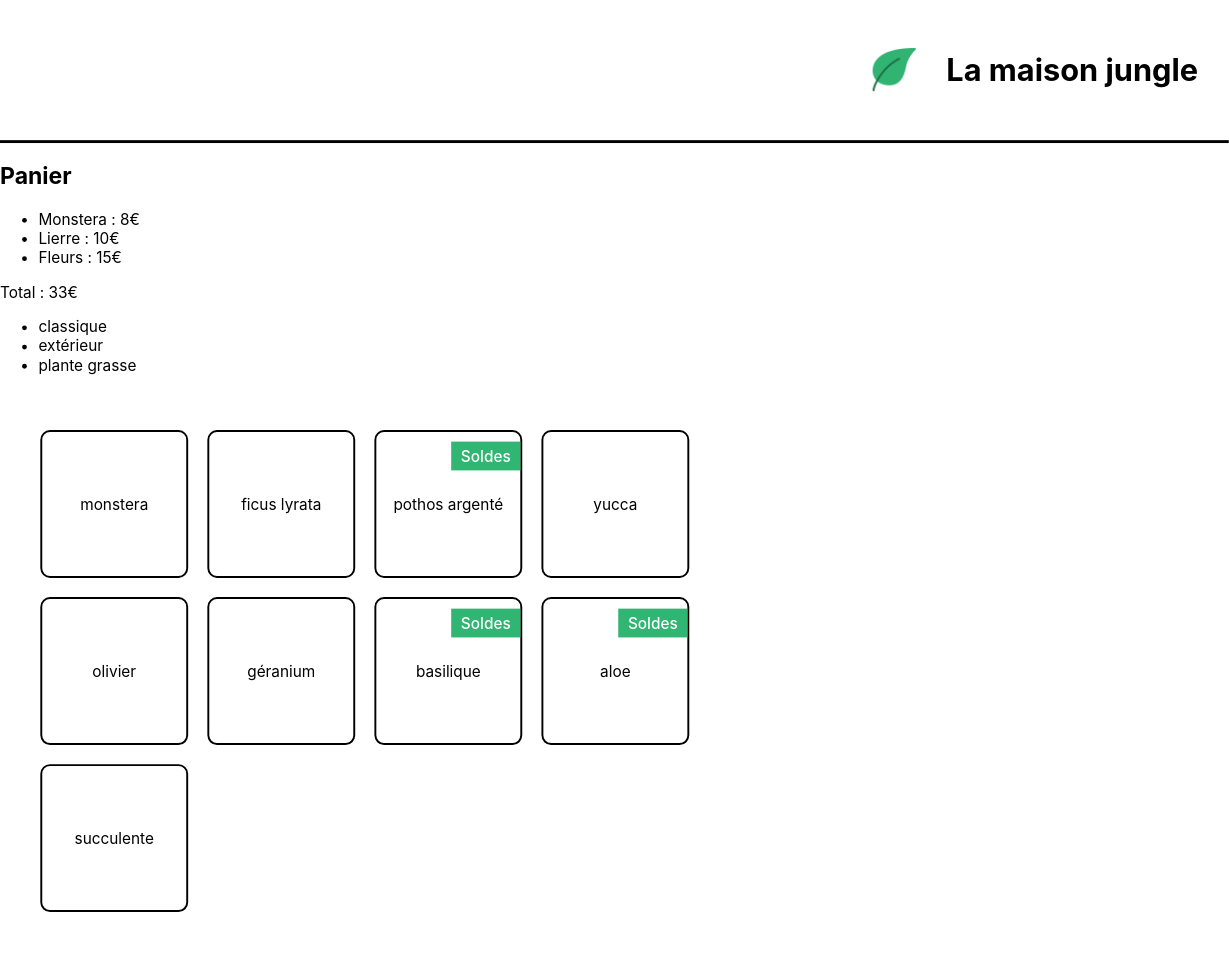
Repository: massndongo/la-maison-junglee
Page: /
An editor plug-in stored every save of this project. The page is shown before and after a run of saves, followed by the edit.
The browser window is 1280 px wide. The pictures show the whole page, at 96% of full size.
The project was rebuilt for these pictures with package versions that can differ from the ones it lists, and the page was loaded fresh each time.

Above is the page before, as saved 2023-03-27 23:41:00.

### src/components/App.js
import Banner from './Banner'
import Cart from './Cart'
import ShoppingList from './ShoppingList'

function App() {
    return <div><Banner /><Cart /><ShoppingList /></div>
}

export default App

### src/components/Banner.js
import logo from '../assets/logo.png'
import '../styles/Banner.css'

function Banner() {
    const title = 'La maison jungle'
    return (
        <div className='lmj-banner'>
            <img src={logo} alt='La maison jungle' className='lmj-logo' />
            <h1 className='lmj-title'>{title}</h1>
        </div>
    )
}

export default Banner

### src/components/Cart.js
function Cart() {
    const monsteraPrice = 8
    const ivyPrice = 10
    const flowerPrice = 15
    return (<div>
        <h2>Panier</h2>
        <ul>
        <li>Monstera : {monsteraPrice}€</li>
         <li>Lierre : {ivyPrice}€</li>
         <li>Fleurs : {flowerPrice}€</li>
        </ul>
          Total : {monsteraPrice + ivyPrice + flowerPrice }€
          </div>)
    }

export default Cart

### src/components/ShoppingList.js
import { plantList } from '../datas/plantList'
import '../styles/ShoppingList.css'

function ShoppingList() {
	const categories = plantList.reduce(
		(acc, plant) =>
			acc.includes(plant.category) ? acc : acc.concat(plant.category),
		[]
	)

	return (
		<div>
			<ul>
				{categories.map((cat) => (
					<li key={cat}>{cat}</li>
				))}
			</ul>
			<ul className='lmj-plant-list'>
				{plantList.map((plant) => (
					<li key={plant.id} className='lmj-plant-item'>
                        {plant.name}
                        {plant.isSpecialOffer && <div className='lmj-sales'>Soldes</div>}
                    </li>
				))}
			</ul>
		</div>
	)
}

export default ShoppingList

Loaded but not shown: public/index.html (common file); src/index.js (common file); src/styles/index.css (common file); src/reportWebVitals.js (common file); src/styles/Banner.css (common file); src/datas/plantList.js (common file); src/styles/ShoppingList.css (common file)

After the next 2 saves:
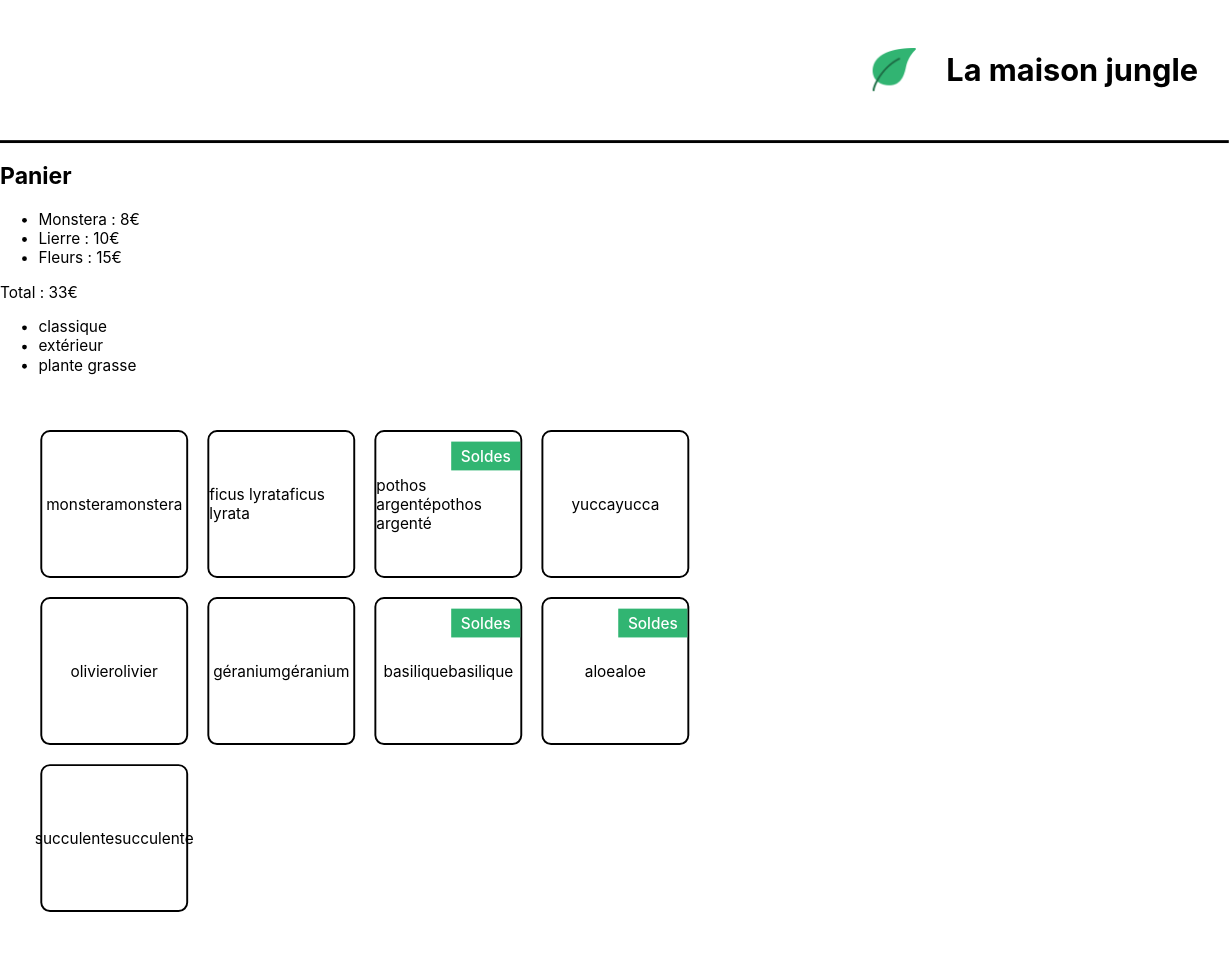
The 2 saves are shown as one change because they came seconds apart.
The last was saved 116 s later.
--- a/src/components/ShoppingList.js
+++ b/src/components/ShoppingList.js
@@ -19,6 +19,7 @@
 				{plantList.map((plant) => (
 					<li key={plant.id} className='lmj-plant-item'>
                         {plant.name}
+						{plant.name}
                         {plant.isSpecialOffer && <div className='lmj-sales'>Soldes</div>}
                     </li>
 				))}

After the 6 saves that followed:
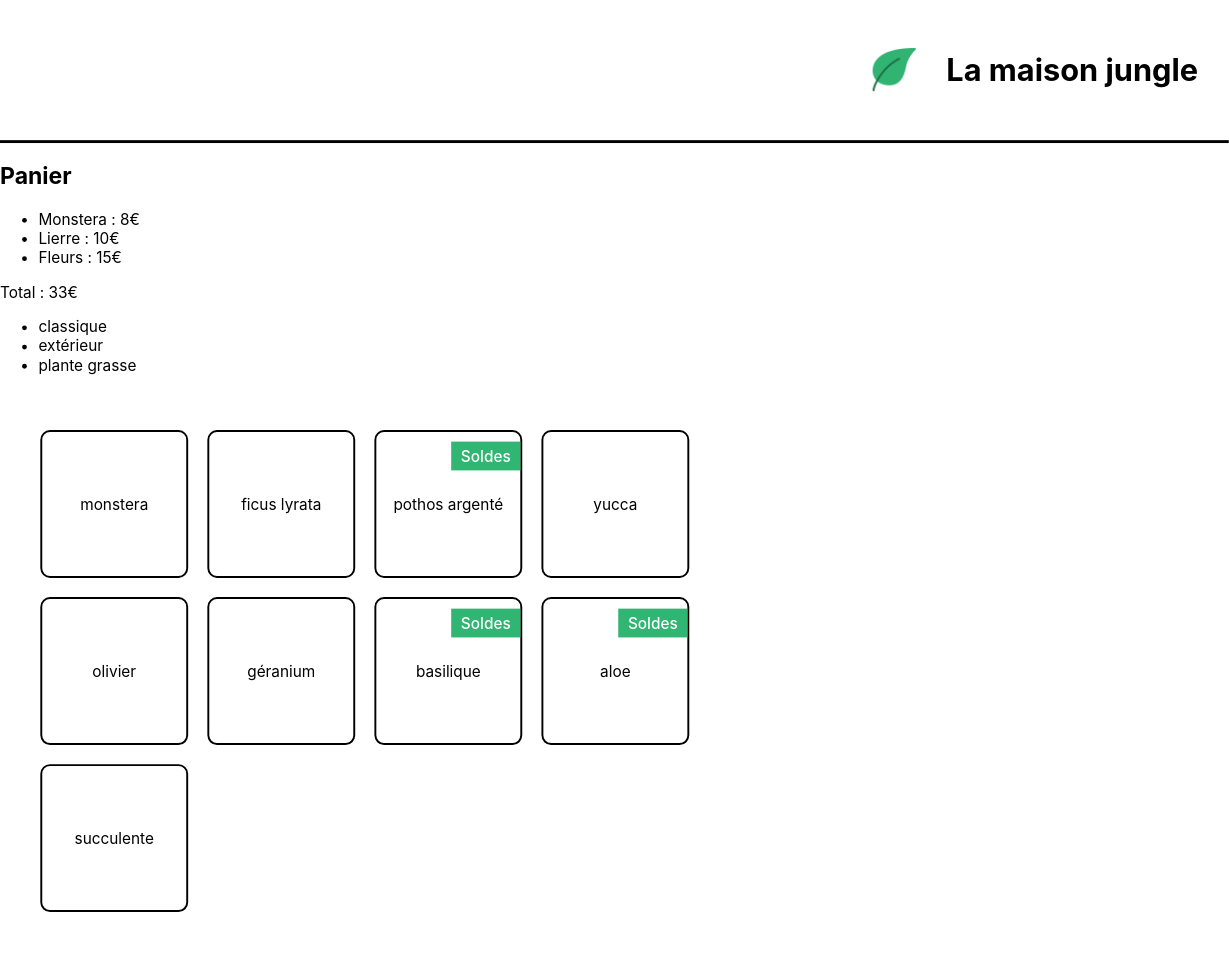
The 6 saves are shown as one change because they came seconds apart.
The last was saved 21 s later.
--- a/src/components/ShoppingList.js
+++ b/src/components/ShoppingList.js
@@ -19,7 +19,8 @@
 				{plantList.map((plant) => (
 					<li key={plant.id} className='lmj-plant-item'>
                         {plant.name}
-						{plant.name}
+						{plant.water}
+						{plant.light}
                         {plant.isSpecialOffer && <div className='lmj-sales'>Soldes</div>}
                     </li>
 				))}
